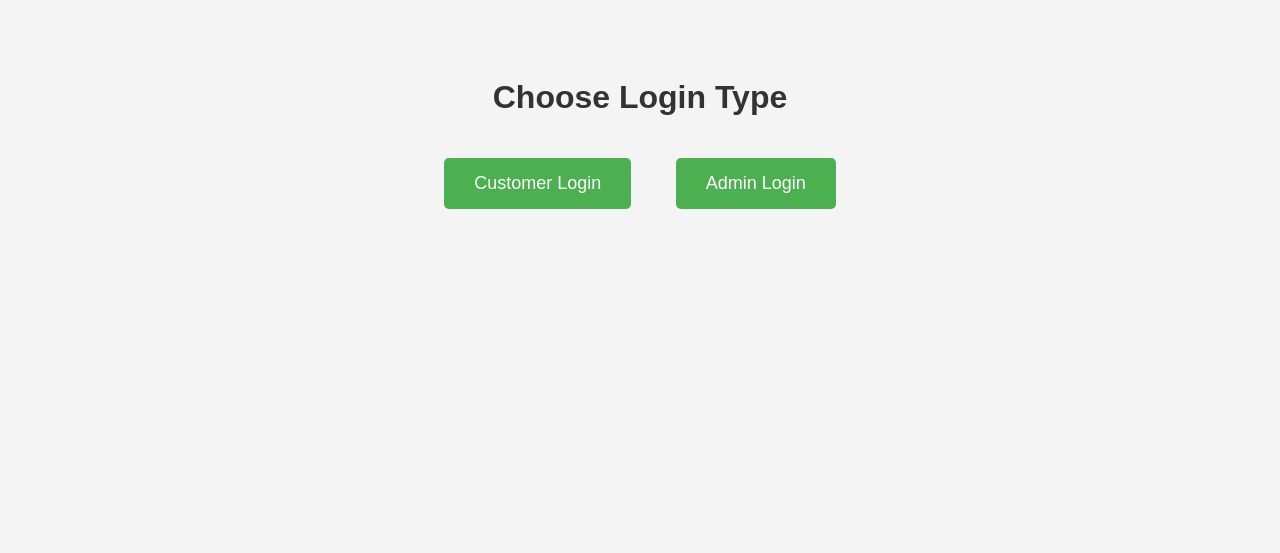
Repository: Purnima-Kushwah11/Online-Product-Management-System
Page: Application1CompleteDatabase/src/main/webapp/home.html
An editor plug-in stored every save of this project. The page is shown before and after the next save, followed by the edit.
The browser window is 1280 px wide. The pictures show the whole page.

Above is the page before, as saved 2025-02-18 13:55:29.

### Application1CompleteDatabase/src/main/webapp/home.html
<!DOCTYPE html>
<html lang="en">
<head>
    <meta charset="UTF-8">
    <meta name="viewport" content="width=device-width, initial-scale=1.0">
    <title>Login Options</title>
    <style>
        body {
            font-family: Arial, sans-serif;
            background-color: #f4f4f4;
            text-align: center;
            padding: 50px;
        }

        h1 {
            color: #333;
        }

        a {
            display: inline-block;
            margin: 20px;
            padding: 15px 30px;
            background-color: #4CAF50;
            color: white;
            text-decoration: none;
            border-radius: 5px;
            font-size: 18px;
            transition: background-color 0.3s;
        }

        a:hover {
            background-color: #45a049;
        }
    </style>
</head>
<body>

    <h1>Choose Login Type</h1>
    <a href="CustomerLogin.html">Customer Login</a>
    <a href="AdminLogin.html">Admin Login</a>

</body>
</html>

After the next save:
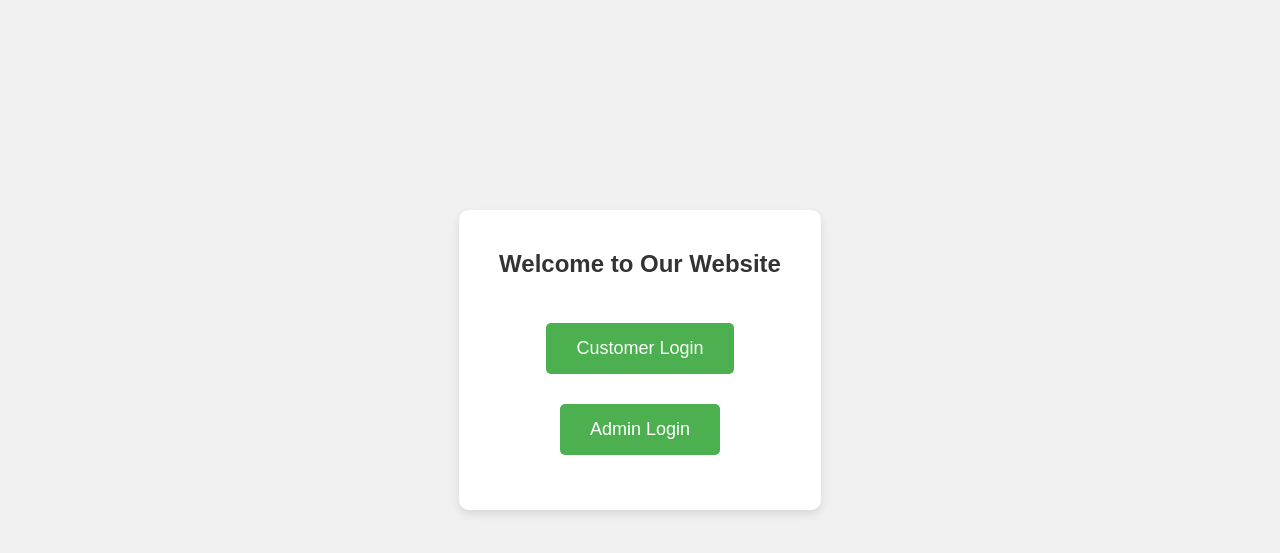
Saved 3 min 50 s later.
--- a/Application1CompleteDatabase/src/main/webapp/home.html
+++ b/Application1CompleteDatabase/src/main/webapp/home.html
@@ -1,24 +1,42 @@
 <!DOCTYPE html>
-<html lang="en">
+<html>
 <head>
     <meta charset="UTF-8">
-    <meta name="viewport" content="width=device-width, initial-scale=1.0">
     <title>Login Options</title>
     <style>
+        * {
+            margin: 0;
+            padding: 0;
+            box-sizing: border-box;
+        }
+
         body {
             font-family: Arial, sans-serif;
-            background-color: #f4f4f4;
+            background-color: #f0f0f0;
+            display: flex;
+            justify-content: center;
+            align-items: center;
+            height: 100vh;
+            margin: 0;
+        }
+
+        .container {
             text-align: center;
-            padding: 50px;
+            background-color: white;
+            padding: 40px;
+            border-radius: 10px;
+            box-shadow: 0 4px 8px rgba(0, 0, 0, 0.1);
         }
 
         h1 {
             color: #333;
+            margin-bottom: 30px;
+            font-size: 24px;
         }
 
         a {
             display: inline-block;
-            margin: 20px;
+            margin: 15px;
             padding: 15px 30px;
             background-color: #4CAF50;
             color: white;
@@ -34,10 +52,10 @@
     </style>
 </head>
 <body>
-
-    <h1>Choose Login Type</h1>
-    <a href="CustomerLogin.html">Customer Login</a>
-    <a href="AdminLogin.html">Admin Login</a>
-
+    <div class="container">
+        <h1>Welcome to Our Website</h1>
+        <a href="CustomerLogin.html" class="btn">Customer Login</a><br>
+        <a href="AdminLogin.html" class="btn">Admin Login</a>
+    </div>
 </body>
 </html>
